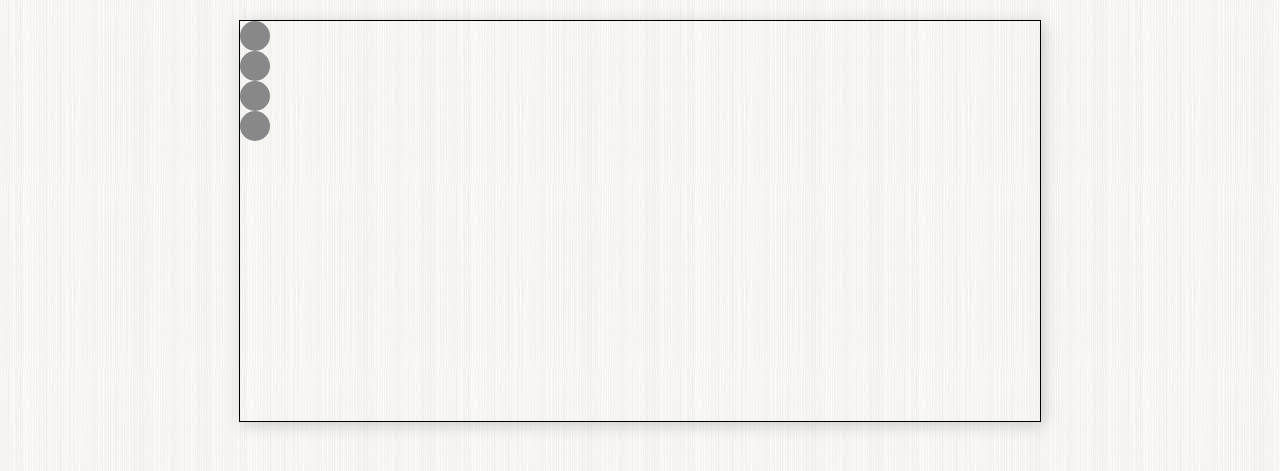
Repository: lauroPereira/study
Page: http://localhost/modules/home/home.php
These files come from the project's save history. The page is drawn as it stood at one moment and after the next save; the edit follows.
The browser window is 1280 px wide. The pictures show the whole page.
The page is run by PHP 8.4 with error messages shown; the project is at /var/www/html/.

Above is the page before, as saved 2016-06-14 04:24:48.

After the next save:
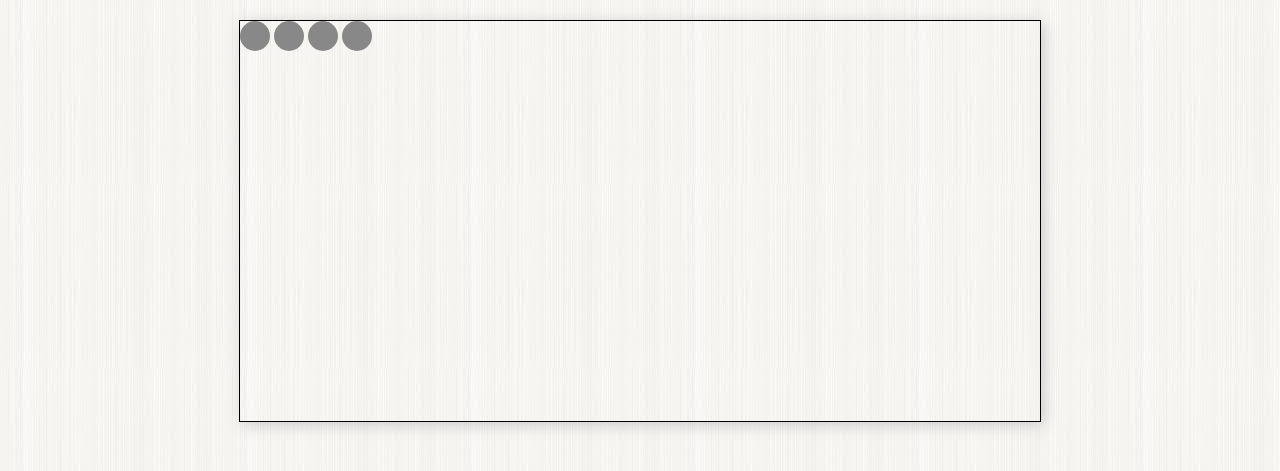
Saved 15 s later.
--- a/TrabalhoFinalWeb/css/home.css
+++ b/TrabalhoFinalWeb/css/home.css
@@ -12,4 +12,5 @@
 	width: 30px;
 	border-radius: 50%;
 	background-color: #888;
+	display: inline-block;
 }
